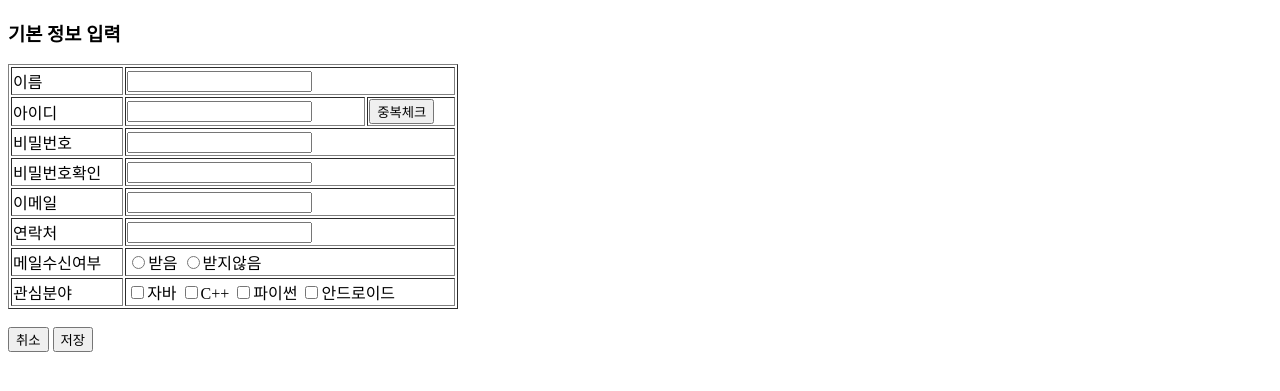
Repository: angelSuho/KCC_Learning_Repo
Page: Html/WebContent/mission03.html
An editor plug-in stored every save of this project. The page is shown before and after the next save, followed by the edit.
The browser window is 1280 px wide. The pictures show the whole page.

Above is the page before, as saved 2024-07-08 06:26:49.

After the next save:
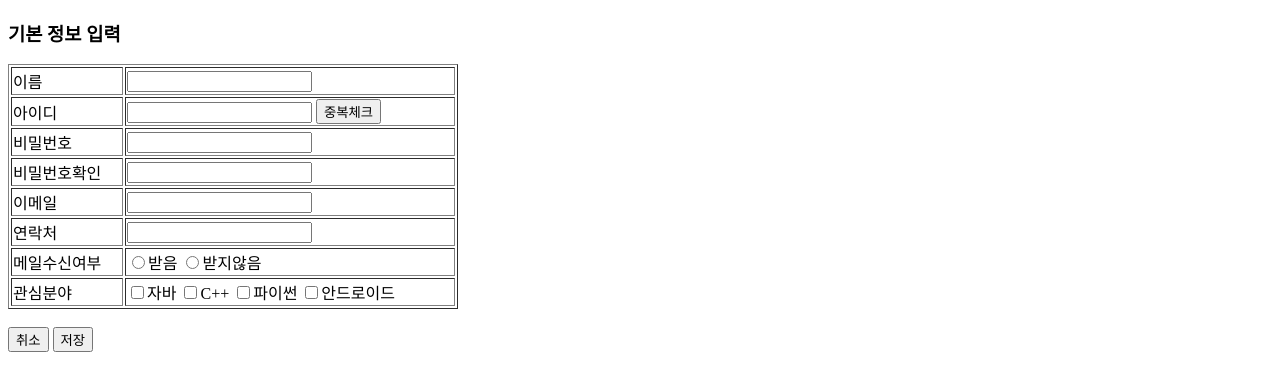
Saved 19 s later.
--- a/Html/WebContent/mission03.html
+++ b/Html/WebContent/mission03.html
@@ -16,10 +16,9 @@
 			</tr>
 			<tr>
 				<td>아이디</td>
-				<td>
+				<td colspan="4">
 					<input type="text" name="userId" id="id">
-				</td>
-				<td colspan="2"><button>중복체크</button></td>
+				<button>중복체크</button></td>
 			</tr>
 			<tr>
 				<td>비밀번호</td>
